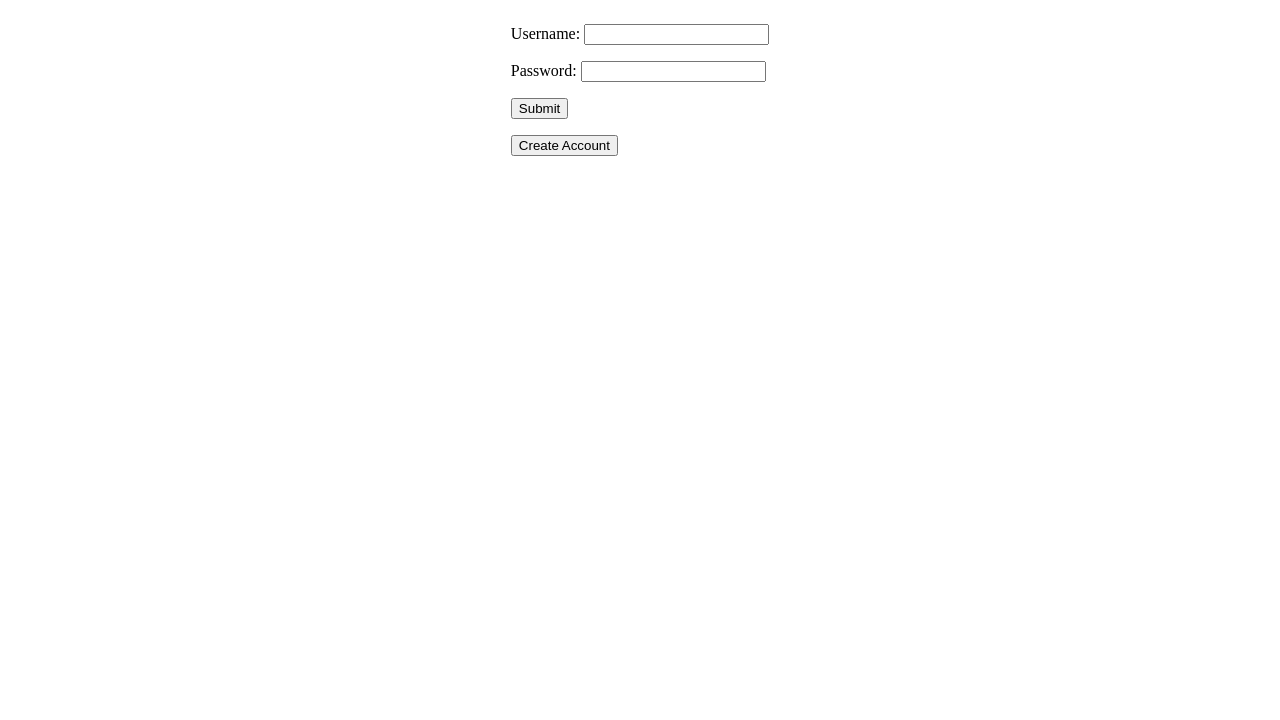
Repository: Jtho28/4830-group-project
Page: Esports-webproj/src/main/webapp/WEB-INF/Login.html
An editor plug-in stored every save of this project. The page is shown before and after the next save, followed by the edit.
The browser window is 1280 px wide. The pictures show the whole page.

Above is the page before, as saved 2022-11-16 20:42:04.

### Esports-webproj/src/main/webapp/WEB-INF/Login.html
<!DOCTYPE html>
<html>
<head>
<meta charset="UTF-8">
<title>Login</title>
<link rel="stylesheet" href="login.css">
</head>
<body>
<div class="login">
<form action="Login" method="post">
<p>Username: <input type="text" name="username" /></p>
<p>Password: <input type="password" name="password" /></p>
<p><input type="submit" /></p>
<p><button type="button">
Create Account
</button>
</form>
</div>
</body>
</html>

### Esports-webproj/src/main/webapp/WEB-INF/login.css
@charset "UTF-8";

body {
	display: flex;
	align-items: center;
	justify-content: center;

}

.login {
	display: flex;
	align-items: center;
	justify-content: center;
}

h1 {
	color: yellow;
	margin-left: 20px;
}

After the next save:
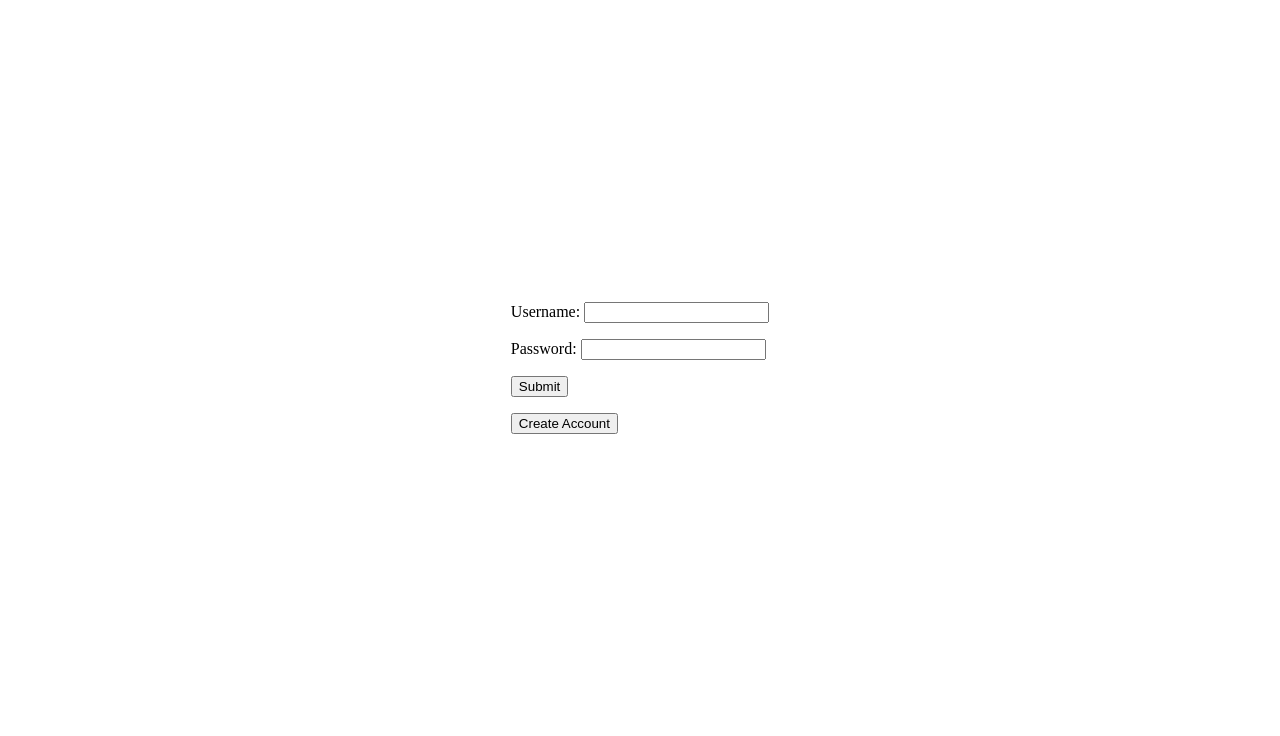
Saved 39 s later.
--- a/Esports-webproj/src/main/webapp/WEB-INF/login.css
+++ b/Esports-webproj/src/main/webapp/WEB-INF/login.css
@@ -8,6 +8,8 @@ body {
 }
 
 .login {
+	height: 100vh;
+	width: 100vw;
 	display: flex;
 	align-items: center;
 	justify-content: center;
